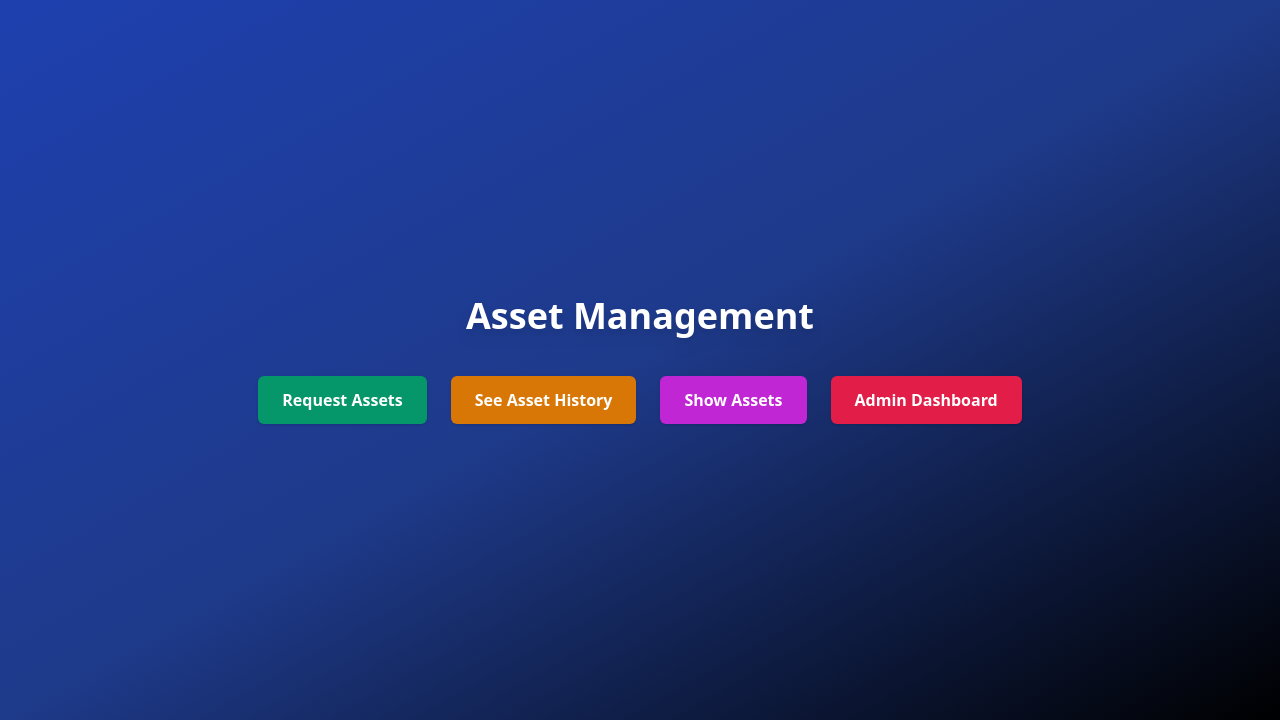
Repository: NirmalyaSatapathy/NirmalyaSatapathyProjects
Page: http://localhost/AssetManagement/EmployDashBoard.jsp
These files come from the project's save history. The page is drawn as it stood at one moment and after the next save; the edit follows.
The browser window is 1280 px wide. The pictures show the whole page.
Some web libraries are served in a nearby version. The page is served by Tomcat 9. Other server files are loaded and not shown.

Above is the page before, as saved 2025-06-03 17:18:21.

### AssetManagement/AssetManagement/src/main/webapp/EmployDashBoard.jsp
<%@ page language="java" contentType="text/html; charset=UTF-8"
    pageEncoding="UTF-8"%>
<!DOCTYPE html>
<html>
<head>
<meta charset="UTF-8">
<title>Asset Management Navigation</title>

<!-- Tailwind CSS CDN -->
<script src="https://cdn.tailwindcss.com"></script>
</head>
<body class="bg-gradient-to-br from-blue-800 via-blue-900 to-black text-white min-h-screen flex flex-col items-center justify-center">

    <h1 class="text-4xl font-bold mb-10 drop-shadow-lg">Asset Management</h1>

    <div class="flex flex-wrap gap-6">
        <a href="RequestAsset.jsf"
           class="px-6 py-3 bg-emerald-600 text-white font-semibold rounded-md shadow hover:bg-emerald-700 transition">
           Request Assets
        </a>

        <a href="ShowAssetHistory.jsf"
           class="px-6 py-3 bg-amber-600 text-white font-semibold rounded-md shadow hover:bg-amber-700 transition">
           See Asset History
        </a>

        <a href="ShowAssets.jsf"
           class="px-6 py-3 bg-fuchsia-600 text-white font-semibold rounded-md shadow hover:bg-fuchsia-700 transition">
           Show Assets
        </a>

        <a href="AdminLogin.jsf"
           class="px-6 py-3 bg-rose-600 text-white font-semibold rounded-md shadow hover:bg-rose-700 transition">
           Admin Dashboard
        </a>
    </div>

</body>
</html>

After the next save:
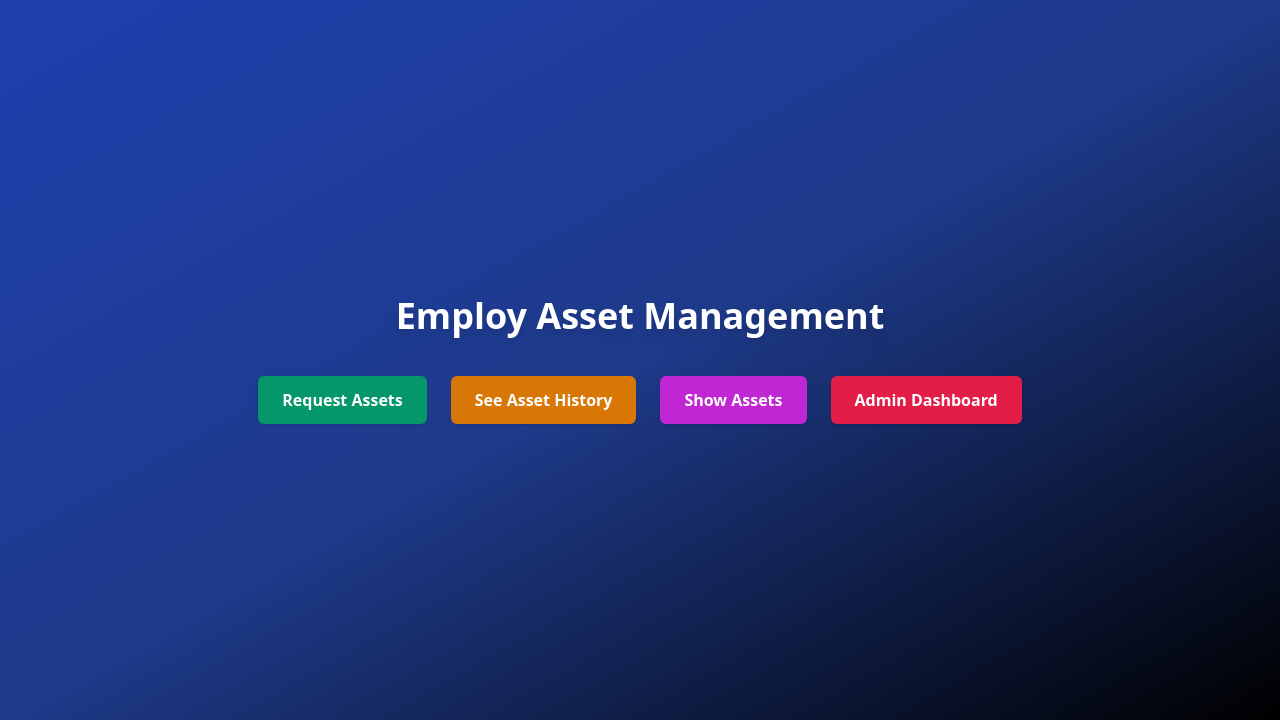
Saved 92 s later.
--- a/AssetManagement/AssetManagement/src/main/webapp/EmployDashBoard.jsp
+++ b/AssetManagement/AssetManagement/src/main/webapp/EmployDashBoard.jsp
@@ -11,7 +11,7 @@
 </head>
 <body class="bg-gradient-to-br from-blue-800 via-blue-900 to-black text-white min-h-screen flex flex-col items-center justify-center">
 
-    <h1 class="text-4xl font-bold mb-10 drop-shadow-lg">Asset Management</h1>
+    <h1 class="text-4xl font-bold mb-10 drop-shadow-lg">Employ Asset Management</h1>
 
     <div class="flex flex-wrap gap-6">
         <a href="RequestAsset.jsf"
